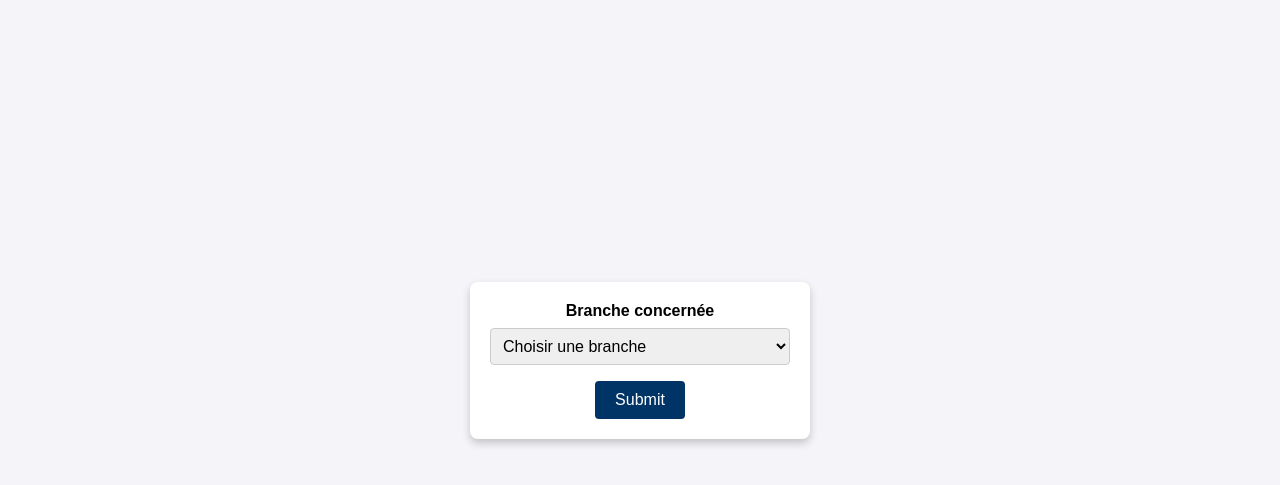
Repository: antsamadagascar/HR-Recruitment
Page: http://localhost/semestre5/application/views/home/user_dashboard_view.php
The author's editor kept a copy of each file at every save. The page is drawn from the files as they stood at one save, then again after a run of saves.
The browser window is 1280 px wide. The pictures show the whole page.
The page is run by PHP 8.4 with error messages shown; the project is at /var/www/html/.

Above is the page before, as saved 2024-11-13 16:13:58.

### application/views/home/user_dashboard_view.php
<!DOCTYPE html>
<html lang="fr">
<head>
    <meta charset="UTF-8">
    <meta name="viewport" content="width=device-width, initial-scale=1.0">
    <title>Formulaire de Branche</title>
    <style>
        body {
            font-family: Arial, sans-serif;
            display: flex;
            justify-content: center;
            align-items: center;
            height: 100vh;
            margin: 0;
            background-color: #f4f4f9;
        }

        .form-container {
            background-color: #ffffff;
            padding: 20px;
            border-radius: 8px;
            box-shadow: 0 4px 8px rgba(0, 0, 0, 0.2);
            width: 300px;
            text-align: center;
        }

        label {
            display: block;
            margin-bottom: 8px;
            font-weight: bold;
        }

        select {
            width: 100%;
            padding: 8px;
            margin-bottom: 16px;
            border: 1px solid #ccc;
            border-radius: 4px;
            font-size: 1em;
        }

        .submit-button {
            background-color: #003366; /* Bleu marine */
            color: #ffffff;
            padding: 10px 20px;
            border: none;
            border-radius: 4px;
            font-size: 1em;
            cursor: pointer;
        }

        .submit-button:hover {
            background-color: #002244;
        }
    </style>
</head>
<body>

<div class="form-container">
    <form action="#" method="post">
        <label for="branche">Branche concernée</label>
        <select id="branche" name="branche" required>
            <option value="" disabled selected>Choisir une branche</option>
            <option value="informatique">Informatique</option>
            <option value="gestion">Gestion</option>
            <option value="commerce">Commerce</option>
            <option value="sante">Santé</option>
            <option value="ingenierie">Ingénierie</option>
        </select>
        <button type="submit" class="submit-button">Submit</button>
    </form>
</div>

</body>
</html>

After the next 2 saves:
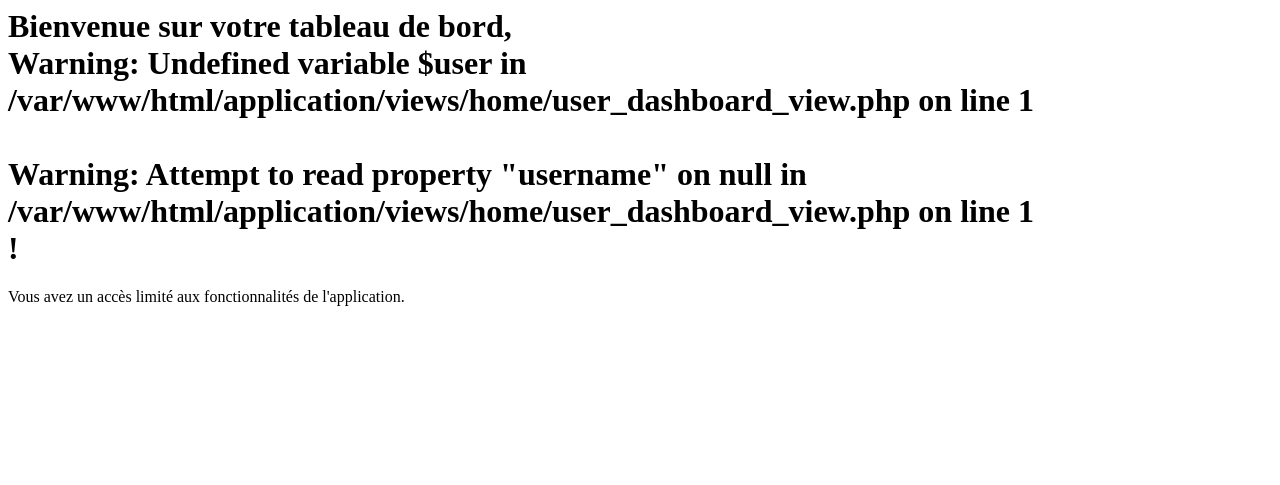
The 2 saves are shown as one change because they came seconds apart.
The last was saved 17 s later.
--- a/application/views/home/user_dashboard_view.php
+++ b/application/views/home/user_dashboard_view.php
@@ -1,75 +1,3 @@
-<!DOCTYPE html>
-<html lang="fr">
-<head>
-    <meta charset="UTF-8">
-    <meta name="viewport" content="width=device-width, initial-scale=1.0">
-    <title>Formulaire de Branche</title>
-    <style>
-        body {
-            font-family: Arial, sans-serif;
-            display: flex;
-            justify-content: center;
-            align-items: center;
-            height: 100vh;
-            margin: 0;
-            background-color: #f4f4f9;
-        }
-
-        .form-container {
-            background-color: #ffffff;
-            padding: 20px;
-            border-radius: 8px;
-            box-shadow: 0 4px 8px rgba(0, 0, 0, 0.2);
-            width: 300px;
-            text-align: center;
-        }
-
-        label {
-            display: block;
-            margin-bottom: 8px;
-            font-weight: bold;
-        }
-
-        select {
-            width: 100%;
-            padding: 8px;
-            margin-bottom: 16px;
-            border: 1px solid #ccc;
-            border-radius: 4px;
-            font-size: 1em;
-        }
-
-        .submit-button {
-            background-color: #003366; /* Bleu marine */
-            color: #ffffff;
-            padding: 10px 20px;
-            border: none;
-            border-radius: 4px;
-            font-size: 1em;
-            cursor: pointer;
-        }
-
-        .submit-button:hover {
-            background-color: #002244;
-        }
-    </style>
-</head>
-<body>
-
-<div class="form-container">
-    <form action="#" method="post">
-        <label for="branche">Branche concernée</label>
-        <select id="branche" name="branche" required>
-            <option value="" disabled selected>Choisir une branche</option>
-            <option value="informatique">Informatique</option>
-            <option value="gestion">Gestion</option>
-            <option value="commerce">Commerce</option>
-            <option value="sante">Santé</option>
-            <option value="ingenierie">Ingénierie</option>
-        </select>
-        <button type="submit" class="submit-button">Submit</button>
-    </form>
-</div>
-
-</body>
-</html>
+<h1>Bienvenue sur votre tableau de bord, <?php echo $user->username; ?>!</h1>
+<p>Vous avez un accès limité aux fonctionnalités de l'application.</p>
+<!-- Contenu spécifique aux utilisateurs simples -->

After the save that followed:
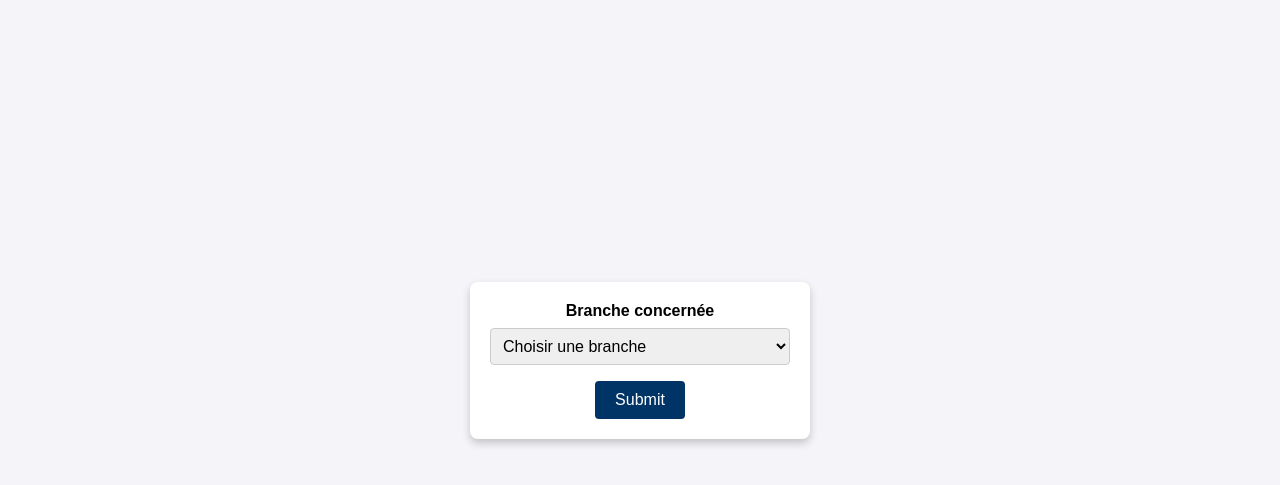
Saved 5 s later.
--- a/application/views/home/user_dashboard_view.php
+++ b/application/views/home/user_dashboard_view.php
@@ -1,3 +1,75 @@
-<h1>Bienvenue sur votre tableau de bord, <?php echo $user->username; ?>!</h1>
-<p>Vous avez un accès limité aux fonctionnalités de l'application.</p>
-<!-- Contenu spécifique aux utilisateurs simples -->
+<!DOCTYPE html>
+<html lang="fr">
+<head>
+    <meta charset="UTF-8">
+    <meta name="viewport" content="width=device-width, initial-scale=1.0">
+    <title>Formulaire de Branche</title>
+    <style>
+        body {
+            font-family: Arial, sans-serif;
+            display: flex;
+            justify-content: center;
+            align-items: center;
+            height: 100vh;
+            margin: 0;
+            background-color: #f4f4f9;
+        }
+
+        .form-container {
+            background-color: #ffffff;
+            padding: 20px;
+            border-radius: 8px;
+            box-shadow: 0 4px 8px rgba(0, 0, 0, 0.2);
+            width: 300px;
+            text-align: center;
+        }
+
+        label {
+            display: block;
+            margin-bottom: 8px;
+            font-weight: bold;
+        }
+
+        select {
+            width: 100%;
+            padding: 8px;
+            margin-bottom: 16px;
+            border: 1px solid #ccc;
+            border-radius: 4px;
+            font-size: 1em;
+        }
+
+        .submit-button {
+            background-color: #003366; /* Bleu marine */
+            color: #ffffff;
+            padding: 10px 20px;
+            border: none;
+            border-radius: 4px;
+            font-size: 1em;
+            cursor: pointer;
+        }
+
+        .submit-button:hover {
+            background-color: #002244;
+        }
+    </style>
+</head>
+<body>
+
+<div class="form-container">
+    <form action="#" method="post">
+        <label for="branche">Branche concernée</label>
+        <select id="branche" name="branche" required>
+            <option value="" disabled selected>Choisir une branche</option>
+            <option value="informatique">Informatique</option>
+            <option value="gestion">Gestion</option>
+            <option value="commerce">Commerce</option>
+            <option value="sante">Santé</option>
+            <option value="ingenierie">Ingénierie</option>
+        </select>
+        <button type="submit" class="submit-button">Submit</button>
+    </form>
+</div>
+
+</body>
+</html>
